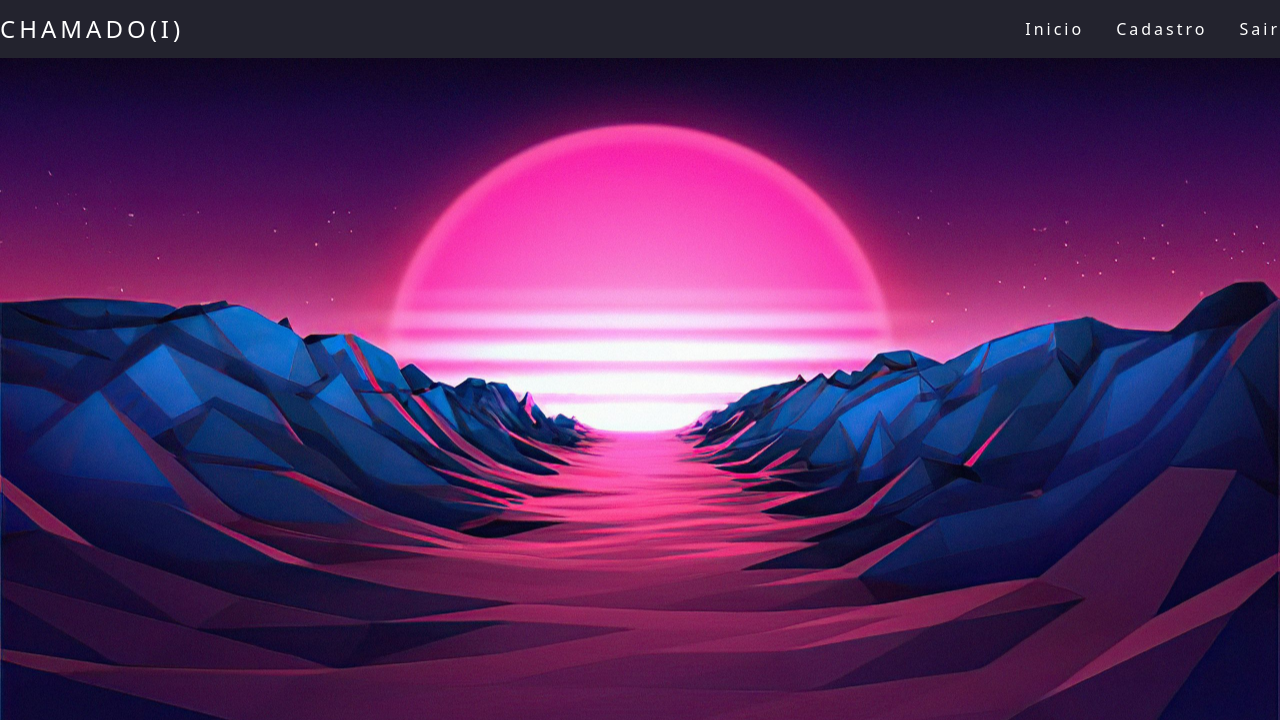
Repository: isaquemc2001/isaque-utilities
Page: index.html
The author's editor kept a copy of each file at every save. The page is drawn from the files as they stood at one save, then again after the next save.
The browser window is 1280 px wide. The pictures show the whole page.

Above is the page before, as saved 2021-10-28 12:50:02.

### index.html
<!DOCTYPE html>
<html lang="pt-br">

<head>
    <meta charset="UTF-8" />
    <meta http-equiv="X-UA-Compatible" content="IE=edge" />
    <meta name="viewport" content="width=device-width, initial-scale=1.0" />
    <title>Navbar</title>
    <link rel="stylesheet" href="style.css" />
</head>

<body>
    <header>
        <nav>
            <a class="logo" href="/">Chamado(i)</a>
            <div class="mobile-menu">
                <div class="line1"></div>
                <div class="line2"></div>
                <div class="line3"></div>
            </div>
            <ul class="nav-list">
                <li><a href="#">Inicio</a></li>
                <li><a href="#">Cadastro</a></li>
                <li><a href="#">Sair</a></li>
            </ul>
        </nav>
    </header>
    <main></main>
    <script src="mobile_navbar.js"></script>
</body>

</html>

### style.css
* {
    margin: 0;
    padding: 0;
}

a {
    color: #fff;
    text-decoration: none;
    transition: 0.3s;
}

a:hover {
    opacity: 0.7;
}

.logo {
    font-size: 24px;
    text-transform: uppercase;
    letter-spacing: 4px;
}

nav {
    display: flex;
    justify-content: space-between;
    align-items: center;
    font-family: system-ui, -apple-system, Helvetica, Arial, sans-serif;
    background: #23232e;
    height: 8vh;
}

main {
    background: url("bg.jpg") no-repeat center center;
    background-size: cover;
    height: 92vh;
}

.nav-list {
    list-style: none;
    display: flex;
}

.nav-list li {
    letter-spacing: 3px;
    margin-left: 32px;
}

.mobile-menu {
    display: none;
    cursor: pointer;
}

.mobile-menu div {
    width: 32px;
    height: 2px;
    background: #fff;
    margin: 8px;
    transition: 0.3s;
}

@media (max-width: 999px) {
    body {
        overflow-x: hidden;
    }
    .nav-list {
        position: absolute;
        top: 8vh;
        right: 0;
        width: 50vw;
        height: 92vh;
        background: #23232e;
        flex-direction: column;
        align-items: center;
        justify-content: space-around;
        transform: translateX(100%);
        transition: transform 0.3s ease-in;
    }
    .nav-list li {
        margin-left: 0;
        opacity: 0;
    }
    .mobile-menu {
        display: block;
    }
}

.nav-list.active {
    transform: translateX(0);
}

@keyframes navLinkFade {
    from {
        opacity: 0;
        transform: translateX(50px);
    }
    to {
        opacity: 1;
        transform: translateX(0);
    }
}

.mobile-menu.active .line1 {
    transform: rotate(-45deg) translate(-8px, 8px);
}

.mobile-menu.active .line2 {
    opacity: 0;
}

.mobile-menu.active .line3 {
    transform: rotate(45deg) translate(-6px, -6px);
}

### mobile_navbar.js
class MobileNavbar {
    constructor(mobileMenu, navList, navLinks) {
      this.mobileMenu = document.querySelector(mobileMenu);
      this.navList = document.querySelector(navList);
      this.navLinks = document.querySelectorAll(navLinks);
      this.activeClass = "active";

      this.handleClick = this.handleClick.bind(this);
    }

    animateLinks() {
      this.navLinks.forEach((link, index) => {
        link.style.animation
          ? (link.style.animation = "")
          : (link.style.animation = `navLinkFade 0.5s ease forwards ${
              index / 7 + 0.3
            }s`);
      });
    }

    handleClick() {
      this.navList.classList.toggle(this.activeClass);
      this.mobileMenu.classList.toggle(this.activeClass);
      this.animateLinks();
    }

    addClickEvent() {
      this.mobileMenu.addEventListener("click", this.handleClick);
    }

    init() {
      if (this.mobileMenu) {
        this.addClickEvent();
      }
      return this;
    }
  }

  const mobileNavbar = new MobileNavbar(
    ".mobile-menu",
    ".nav-list",
    ".nav-list li",
  );
  mobileNavbar.init();

After the next save:
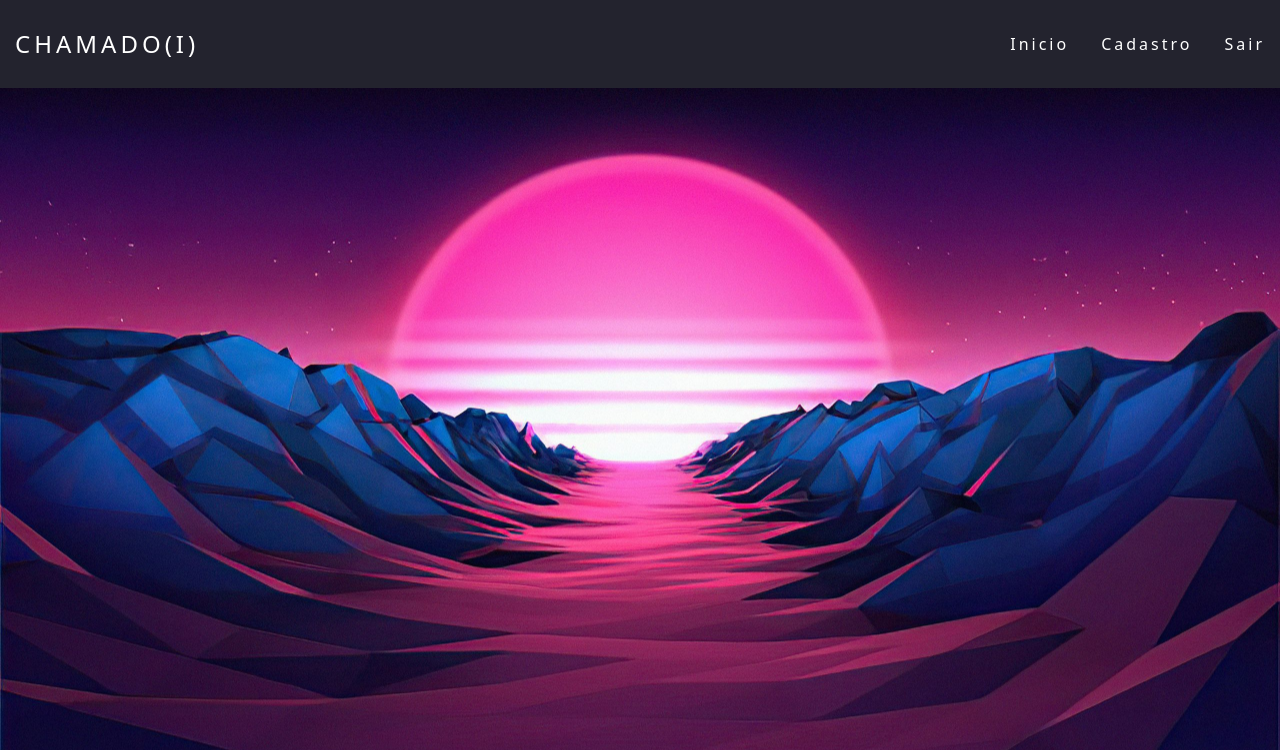
Saved 13 s later.
--- a/style.css
+++ b/style.css
@@ -26,6 +26,7 @@
     font-family: system-ui, -apple-system, Helvetica, Arial, sans-serif;
     background: #23232e;
     height: 8vh;
+    padding: 15px;
 }
 
 main {

After the save that followed:
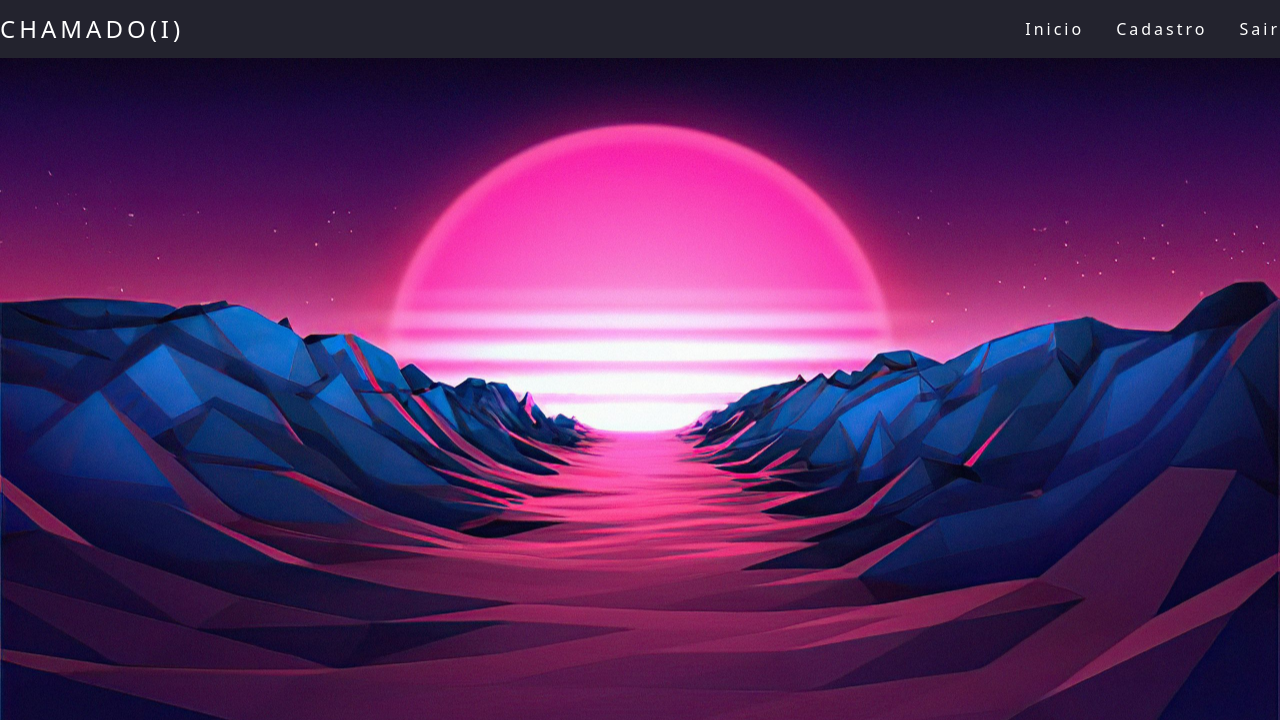
Saved 15 s later.
--- a/style.css
+++ b/style.css
@@ -26,7 +26,6 @@
     font-family: system-ui, -apple-system, Helvetica, Arial, sans-serif;
     background: #23232e;
     height: 8vh;
-    padding: 15px;
 }
 
 main {
